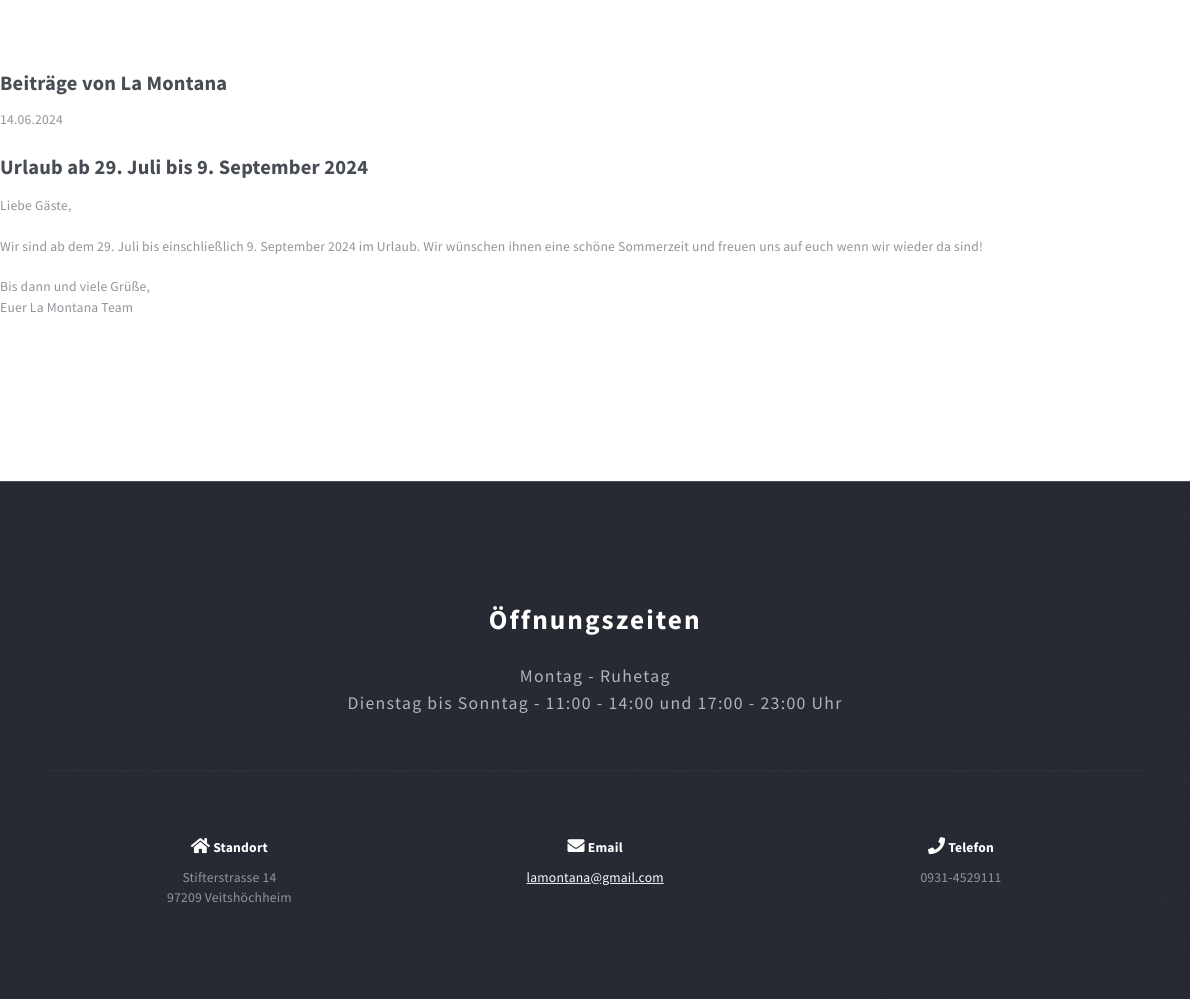
Repository: restaurantlamontana/restaurantlamontana.github.io
Page: blog.html
An editor plug-in stored every save of this project. The page is shown before and after a run of saves, followed by the edit.
The browser window is 1280 px wide. The pictures show the part of the page from y = 352 to 1426 px (the page is 1426 px tall before and 1407 px after), at 93% of full size.

Above is the page before, as saved 2024-07-14 18:21:32.

### blog.html
<!DOCTYPE HTML>
<!--
	Escape Velocity by HTML5 UP
	html5up.net | @ajlkn
	Free for personal and commercial use under the CCA 3.0 license (html5up.net/license)
-->
<html>
	<head>
		<title>La Montana - Blog</title>
		<meta charset="utf-8" />
		<meta name="viewport" content="width=device-width, initial-scale=1, user-scalable=no" />
		<link rel="stylesheet" href="assets/css/main.css" />
	</head>
	<body class="right-sidebar is-preload">
		<div id="page-wrapper">
			<!-- Header -->
			<section id="header" class="wrapper">
			  <!-- Logo -->
			  <div id="logo">
				<h1><a href="index.html">La Montana</a></h1>
				<p>Restaurant</p>
			  </div>

			  <!-- Nav -->
			  <nav id="nav">
				<ul>
				  <li class="current"><a href="index.html">Home</a></li>
				  <li><a href="assets/Speisekarte_Scan.pdf" target="_blank">Speisekarte</a></li>
				  <li><a href="blog.html">Blog</a></li>
				</ul>
			  </nav>
			</section>
				</section>

			<!-- Main -->
				<section id="main" class="wrapper style2">
					<div>
						<h1>Beiträge von La Montana</h1>
						<p>14.06.2024</p>
						<h1><bold>Urlaub ab 29. Juli bis 9. September 2024</bold></h1>
						<p>
							Liebe Gäste,
							<br>
							<br>
							Wir sind ab dem 29. Juli bis einschließlich 9. September 2024 im Urlaub.
							Wir wünschen ihnen eine schöne Sommerzeit und freuen uns auf euch wenn wir wieder da sind!
							<br>
							<br>
							Bis dann und viele Grüße, <br>
							Euer La Montana Team
						</p>
						<br><br>
					</div>
				</section>

		<!-- Footer -->
		<section id="footer" class="wrapper">
			<div class="container">
				<header class="style1">
					<h2>Öffnungszeiten</h2>
					<p>
						Montag - Ruhetag <br />
						Dienstag bis Sonntag - 11:00 - 14:00 und 17:00 - 23:00 Uhr
					</p>
				</header>
				<div class="flex-container">
					<div class="flex-item">
						<h3 class="icon solid fa-home">   Standort</h3>
						<p>
							Stifterstrasse 14<br />
							97209 Veitshöchheim<br />
						</p>
					</div>
					<div class="flex-item">
						<h3 class="icon solid fa-envelope">   Email</h3>
						<p>
							<a href="#">lamontana@gmail.com</a>
						</p>
					</div>
					<div class="flex-item">
						<h3 class="icon solid fa-phone">   Telefon</h3>
						<p>0931-4529111</p>
					</div>
				</div>
			</div>
		</section>
	</body>
	</html>

Loaded but not shown: assets/css/fontawesome-all.min.css (library); assets/css/main.css (3133 lines, source omitted)

After the next 4 saves:
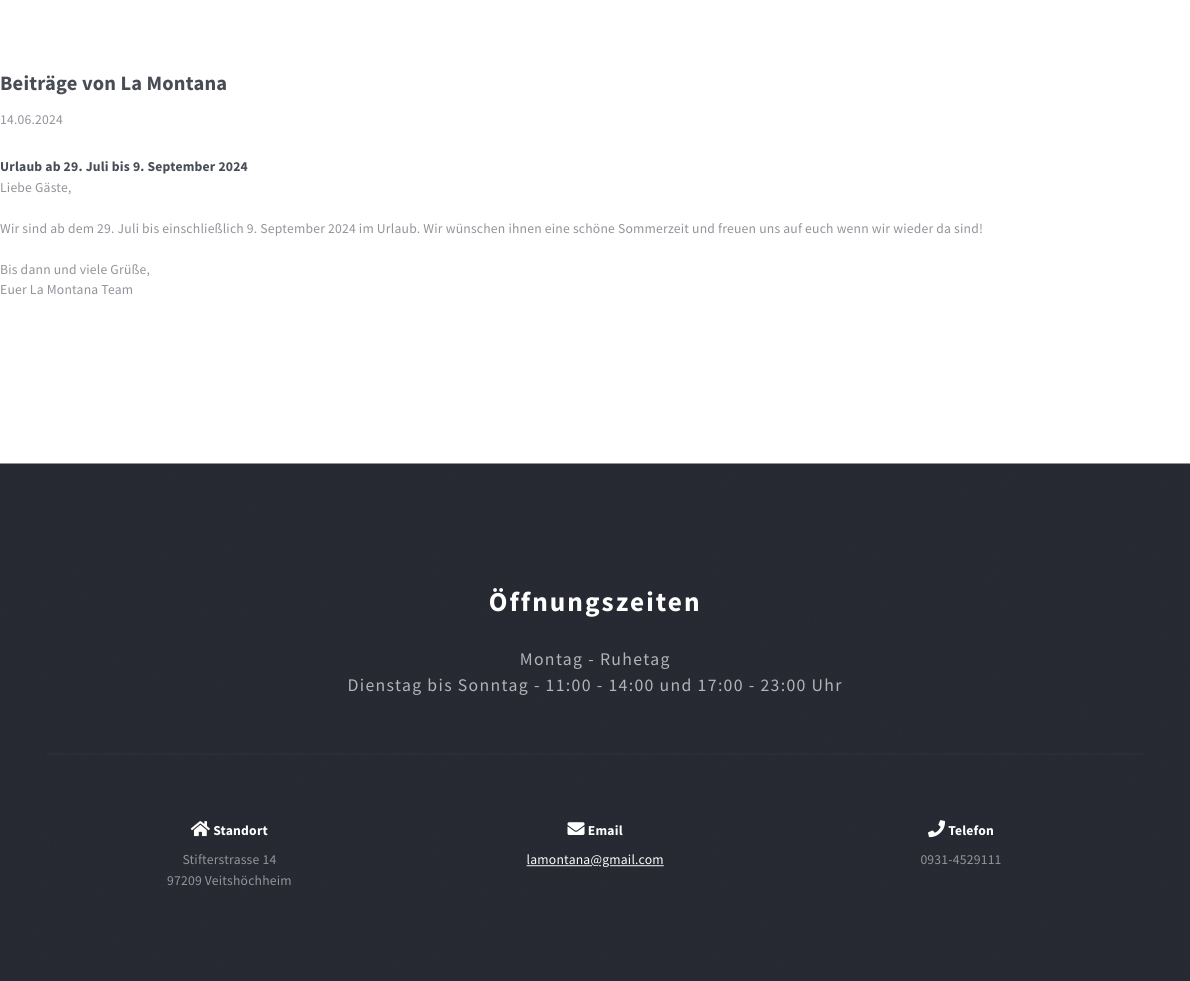
The 4 saves are shown as one change because they came seconds apart.
The last was saved 20 s later.
--- a/blog.html
+++ b/blog.html
@@ -37,7 +37,7 @@
 					<div>
 						<h1>Beiträge von La Montana</h1>
 						<p>14.06.2024</p>
-						<h1><bold>Urlaub ab 29. Juli bis 9. September 2024</bold></h1>
+						<h3>Urlaub ab 29. Juli bis 9. September 2024</h3>
 						<p>
 							Liebe Gäste,
 							<br>
